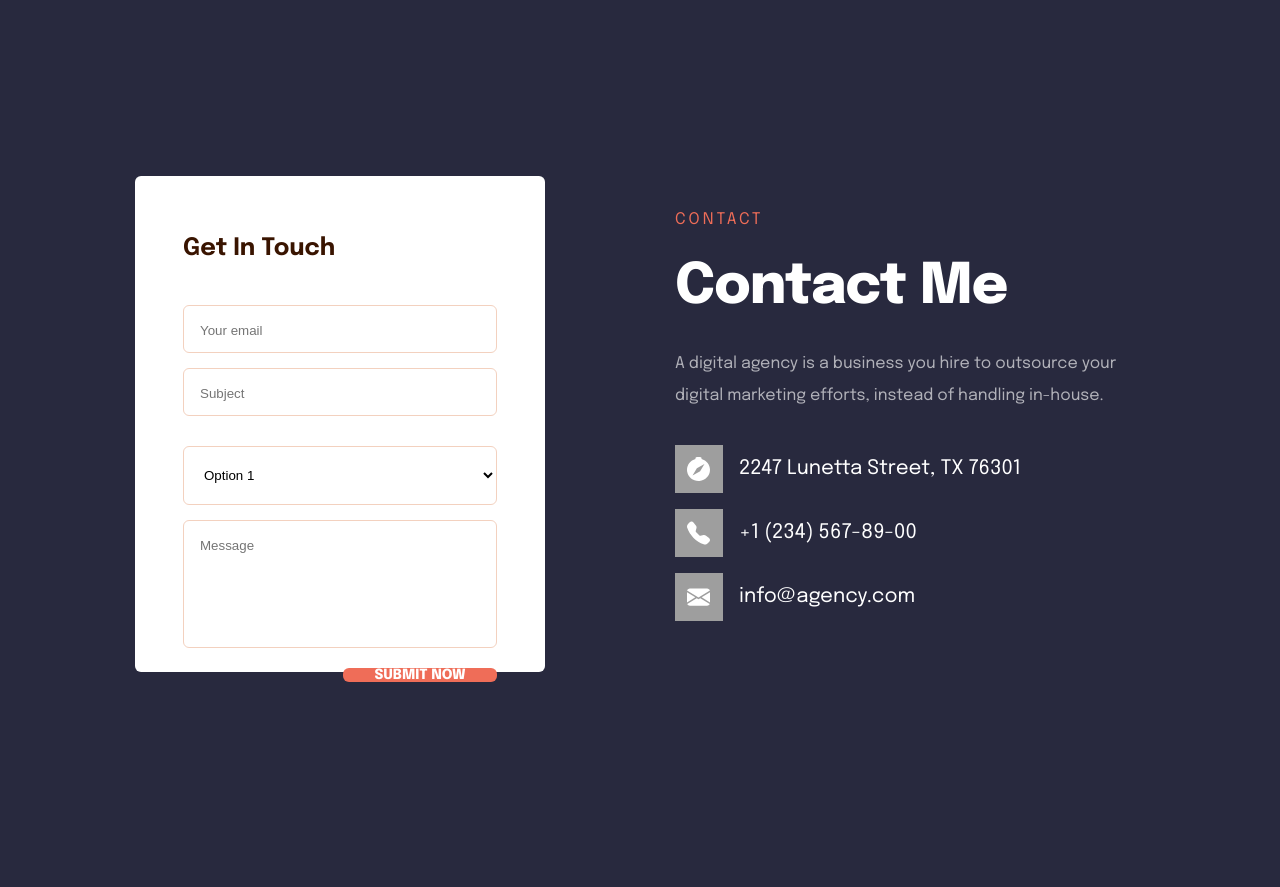
Repository: NatiqSamiyev/form-task-2
Page: index.html
These files come from the project's save history. The page is drawn as it stood at one moment and after the next save; the edit follows.
The browser window is 1280 px wide. The pictures show the whole page.
Pictures or frames that could not be fetched are drawn as grey boxes. Some web fonts or font styles are not loaded; a fallback is used.

Above is the page before, as saved 2023-10-26 11:39:46.

After the next save:
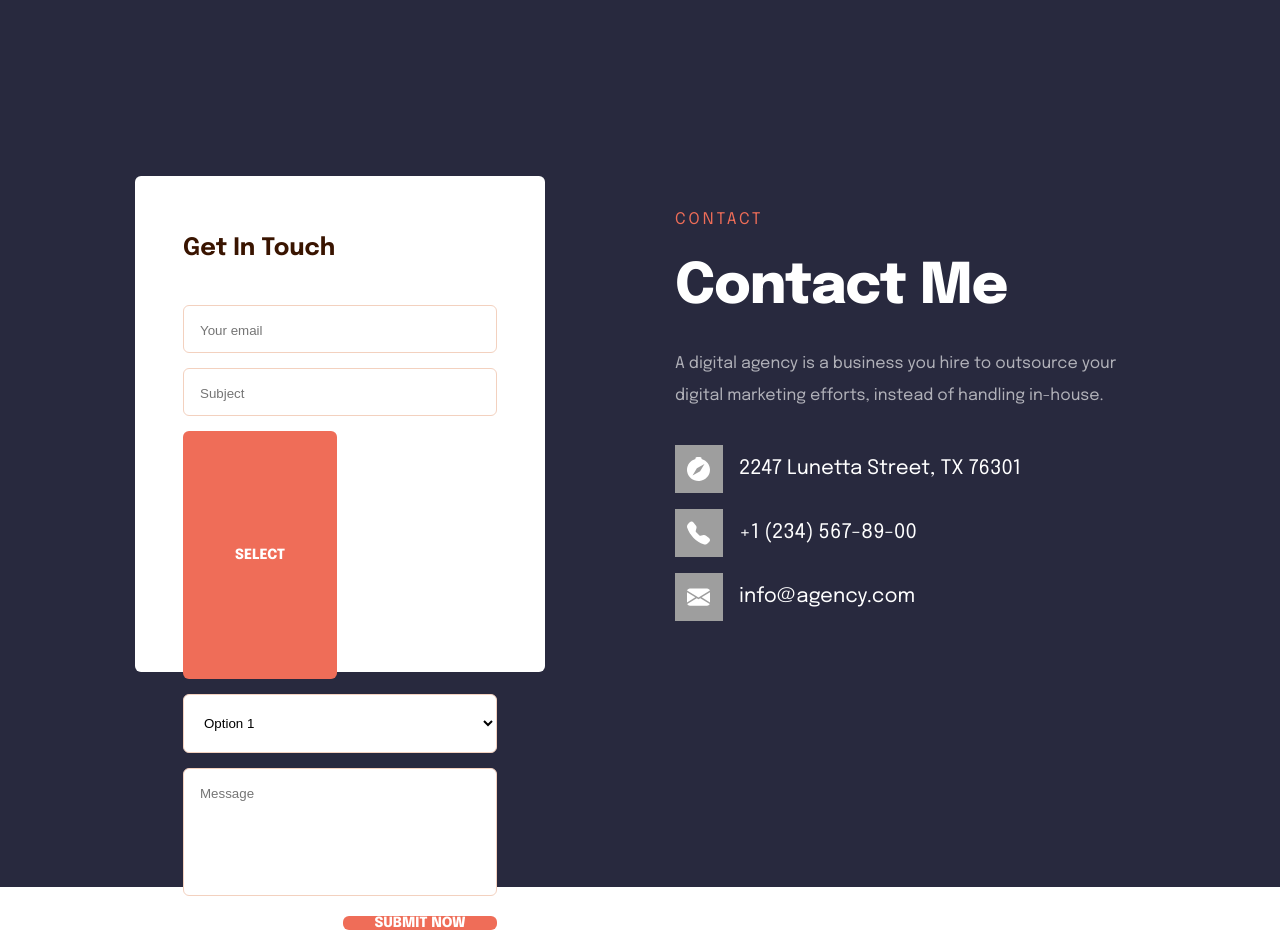
Saved 7 s later.
--- a/index.html
+++ b/index.html
@@ -18,7 +18,7 @@
           <input type="text" placeholder="Subject" class="subject-input" />
         </label>
         <div class="select-box">
-
+          <button>Select</button>
         </div>
        <select name="" id="">
 
